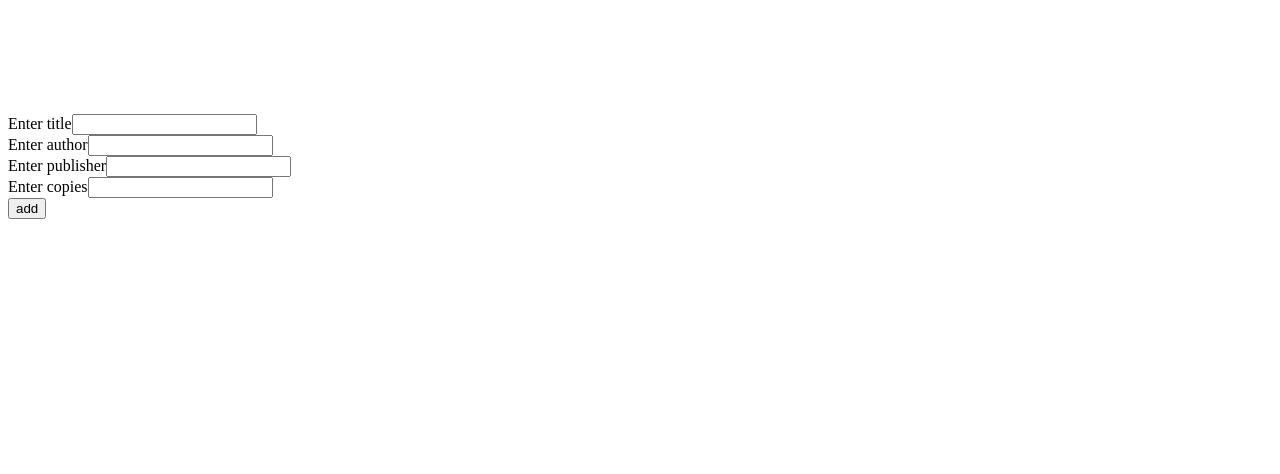
Repository: prashantvadlamani/Library-Management-System
Page: http://localhost/project/add.jsp
These files come from the project's save history. The page is drawn as it stood at one moment and after the next save; the edit follows.
The browser window is 1280 px wide. The pictures show the whole page.
The page is served by Tomcat 9. Other server files are loaded and not shown.

Above is the page before, as saved 2018-08-23 06:36:22.

### project/WebContent/add.jsp
<%@ page language="java" contentType="text/html; charset=ISO-8859-1"
    pageEncoding="ISO-8859-1"%>
<!DOCTYPE html PUBLIC "-//W3C//DTD HTML 4.01 Transitional//EN" "http://www.w3.org/TR/html4/loose.dtd">
<html>
<head>
<meta http-equiv="Content-Type" content="text/html; charset=ISO-8859-1">
<title>Add</title>
<style>
	form {
   	 	border: 3px;
   	 	margin-top: 9%;
	}
</style>
</head>
<body>
	<form  method="POST" action="add">
		Enter title<input type="text" name="title"><br>
		Enter author<input type="text" name="author"><br>
		Enter publisher<input type="text" name="publisher"><br>
		Enter copies<input type="text" name="copies"><br>
		<input type="submit" value="add" >
	</form>
</body>
</html>

After the next save:
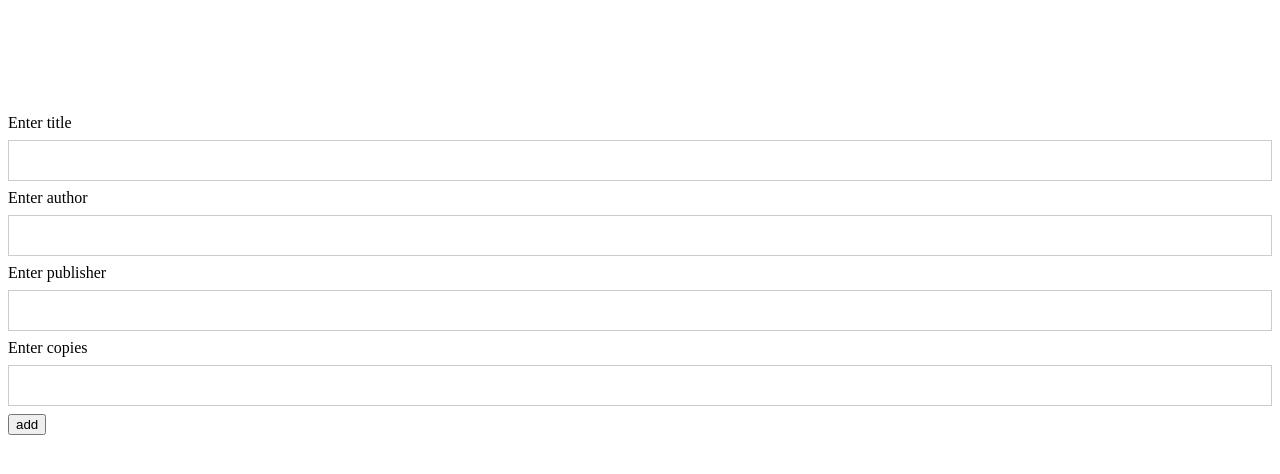
Saved 44 s later.
--- a/project/WebContent/add.jsp
+++ b/project/WebContent/add.jsp
@@ -9,6 +9,15 @@
 	form {
    	 	border: 3px;
    	 	margin-top: 9%;
+	}
+
+	input[type=text]{
+    	width: 100%;
+    	padding: 12px 20px;
+    	margin: 8px 0;
+    	display: inline-block;
+    	border: 1px solid #ccc;
+   		box-sizing: border-box;
 	}
 </style>
 </head>
